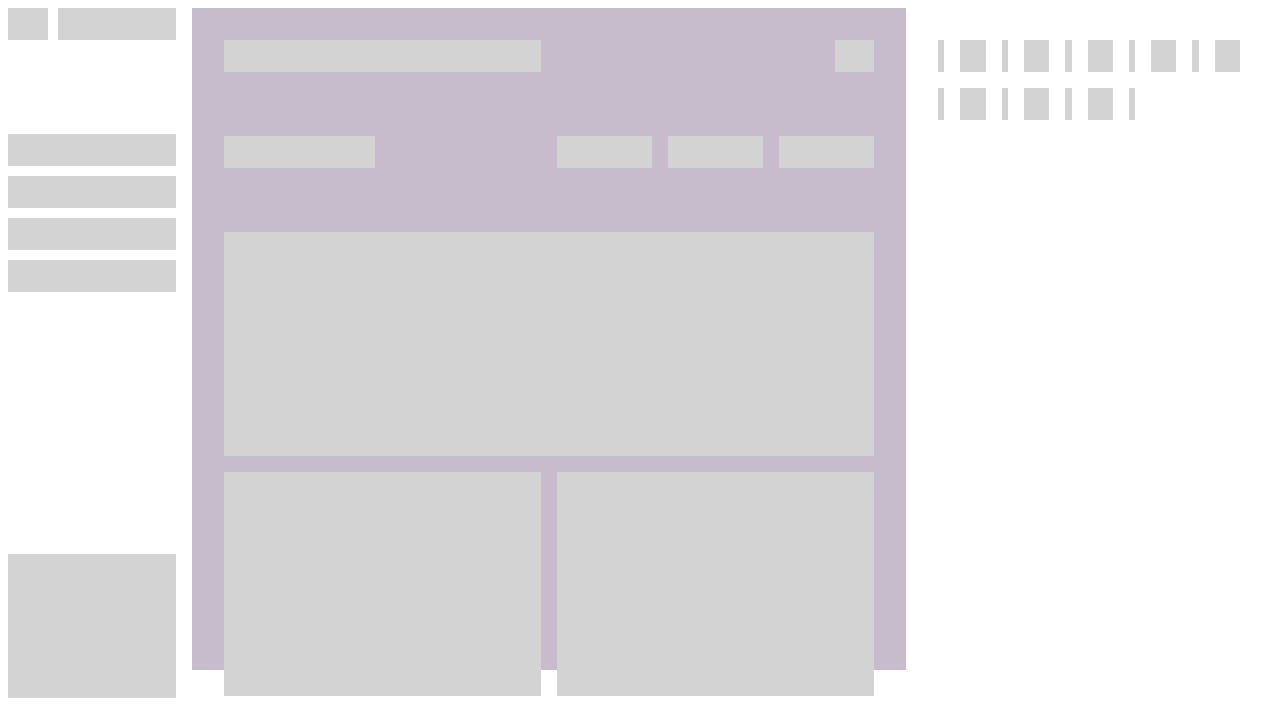
Repository: tr2cky/exercise2
Page: index.html
An editor plug-in stored every save of this project. The page is shown before and after the next save, followed by the edit.
The browser window is 1280 px wide. The pictures show the whole page.

Above is the page before, as saved 2022-10-01 18:54:21.

### index.html
<!DOCTYPE html>
<html lang="en">

<head>
    <meta charset="UTF-8">
    <meta http-equiv="X-UA-Compatible" content="IE=edge">
    <meta name="viewport" content="width=device-width, initial-scale=1.0">
    <link rel="stylesheet" href="style.css">
    <title>Document</title>
</head>

<body>
    <div class="container">
        <div class="side1">
        <div id="box1"></div>
        <div id="box2"></div>
        <div id="box3"></div>
        <div id="box4"></div>
        <div id="box5"></div>
        <div id="box6"></div>
        <div id="box7"></div>
        <div id="box8"></div>
        </div>
        <main>
            <div id="boxa"></div>
            <div id="boxb"></div>
            <div id="boxc"></div>
            <div id="boxd"></div>
            <div id="boxe"></div>
            <div id="boxf"></div>
            <div id="boxg"></div>
            <div id="boxh"></div>
            <div id="boxj"></div>
        </main>
        <div class="side2">
            <div id="boxq"></div>
            <div id="boxw"></div>
            <div id="boxw"></div>
            <div id="boxw"></div>
            <div id="boxw"></div>
            <div id="boxw"></div>
            <div id="boxw"></div>
            <div id="boxw"></div>
            <div id="boxw"></div>
            <div id="boxw"></div>
            <div id="boxw"></div>
            <div id="boxw"></div>
            <div id="boxw"></div>
            <div id="boxw"></div>
            <div id="boxw"></div>
            <div id="boxw"></div>
            <div id="boxw"></div>
        </div>
    </div>
</body>

</html>

### style.css
.container {
    display: flex;
    flex-direction: row;
    height: 92vh;
}

main {
    flex-grow: 3;
    background-color: rgb(199, 188, 204);
    display: grid;
    grid-template-columns: repeat(12, 1fr);
    grid-auto-rows: 2em;
    grid-gap: 1em;
    padding: 2em;
}

.side1 {
    flex-grow: 1;
    display: grid;
    grid-template-columns: 1fr 3fr;
    grid-auto-rows: 2em;
    grid-gap: 10px;
    margin-right: 1em;
}

.side2 {
    flex-grow: 1;
}

.side1 div,
main div,
.side2 div {
    background-color: lightgray;
}

#box3 {
    grid-column: 1/3;
    grid-row: 8;
    justify-self: start;
}

#box4 {
    grid-column: 1/3;
    grid-row: 4;
}

#box5 {
    grid-column: 1/3;
    grid-row: 5;
}

#box6 {
    grid-column: 1/3;
    grid-row: 6;
}

#box7 {
    grid-column: 1/3;
    grid-row: 7;
}

#box8 {
    grid-column: 1/3;
    grid-row: 14;
    height: 9em;
}

#boxa {
    grid-column: 1/7;
}

#boxb {
    grid-column: 12;
}

#boxc {
    grid-column: 1/4;
    grid-row: 3;
}
#boxd {
    grid-column: 7/9;
    grid-row: 3;
}
#boxe {
    grid-column: 9/11;
    grid-row: 3;
}
#boxf {
    grid-column: 11/13;
    grid-row: 3;
}
#boxg {
    grid-row: 5/10;
    grid-column: 1/13
}
#boxh {
    grid-row: 10/15;
    grid-column: 1/7;
}
#boxj {
    grid-row: 10/15;
    grid-column: 7/13;
}
.side2 {
    display: grid;
    grid-template-columns: repeat(5, 1fr 4fr);
    grid-gap: 1em;
    grid-auto-rows: 2em;
    padding: 2em;
}
/*#boxq {
    border-radius: 50%;
}
#boxw {
    grid-area: 1 / 2 / 1 / 6;
}*/

After the next save:
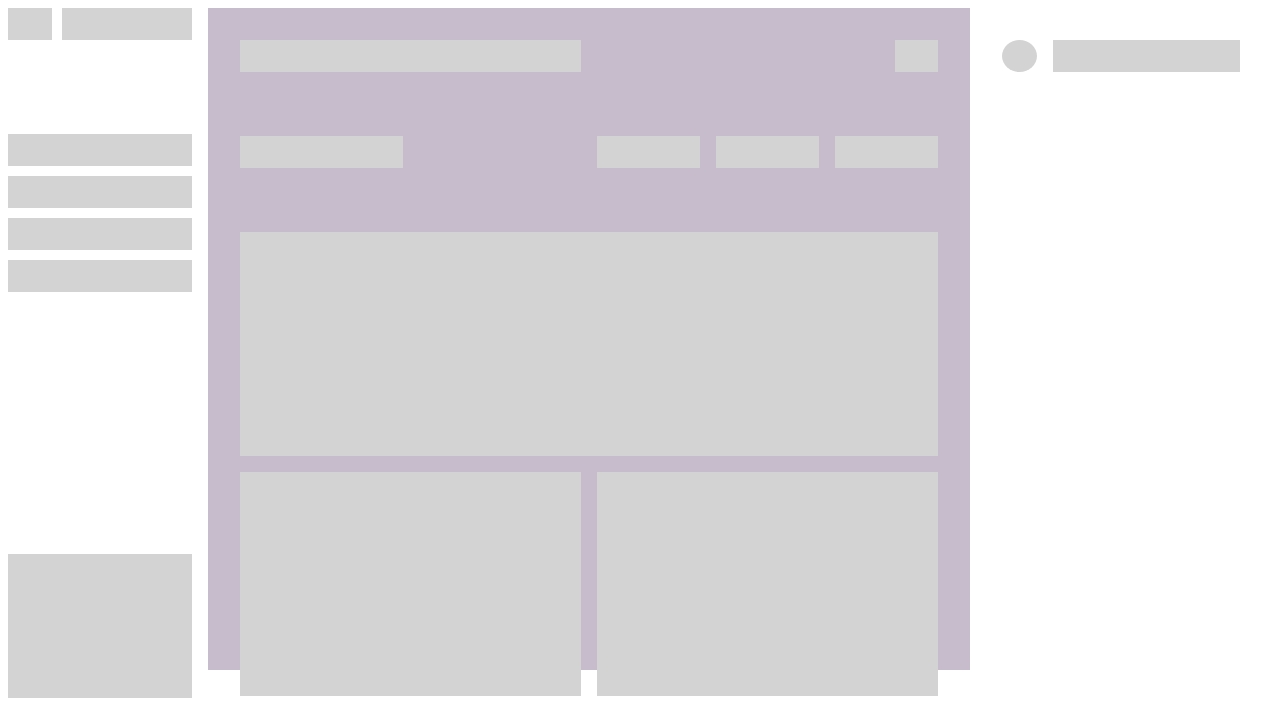
Saved 62 s later.
--- a/style.css
+++ b/style.css
@@ -103,14 +103,14 @@ main div,
 }
 .side2 {
     display: grid;
-    grid-template-columns: repeat(5, 1fr 4fr);
+    grid-template-columns: repeat(5, 1fr);
     grid-gap: 1em;
     grid-auto-rows: 2em;
     padding: 2em;
 }
-/*#boxq {
+#boxq {
     border-radius: 50%;
 }
 #boxw {
     grid-area: 1 / 2 / 1 / 6;
-}*/
+}
